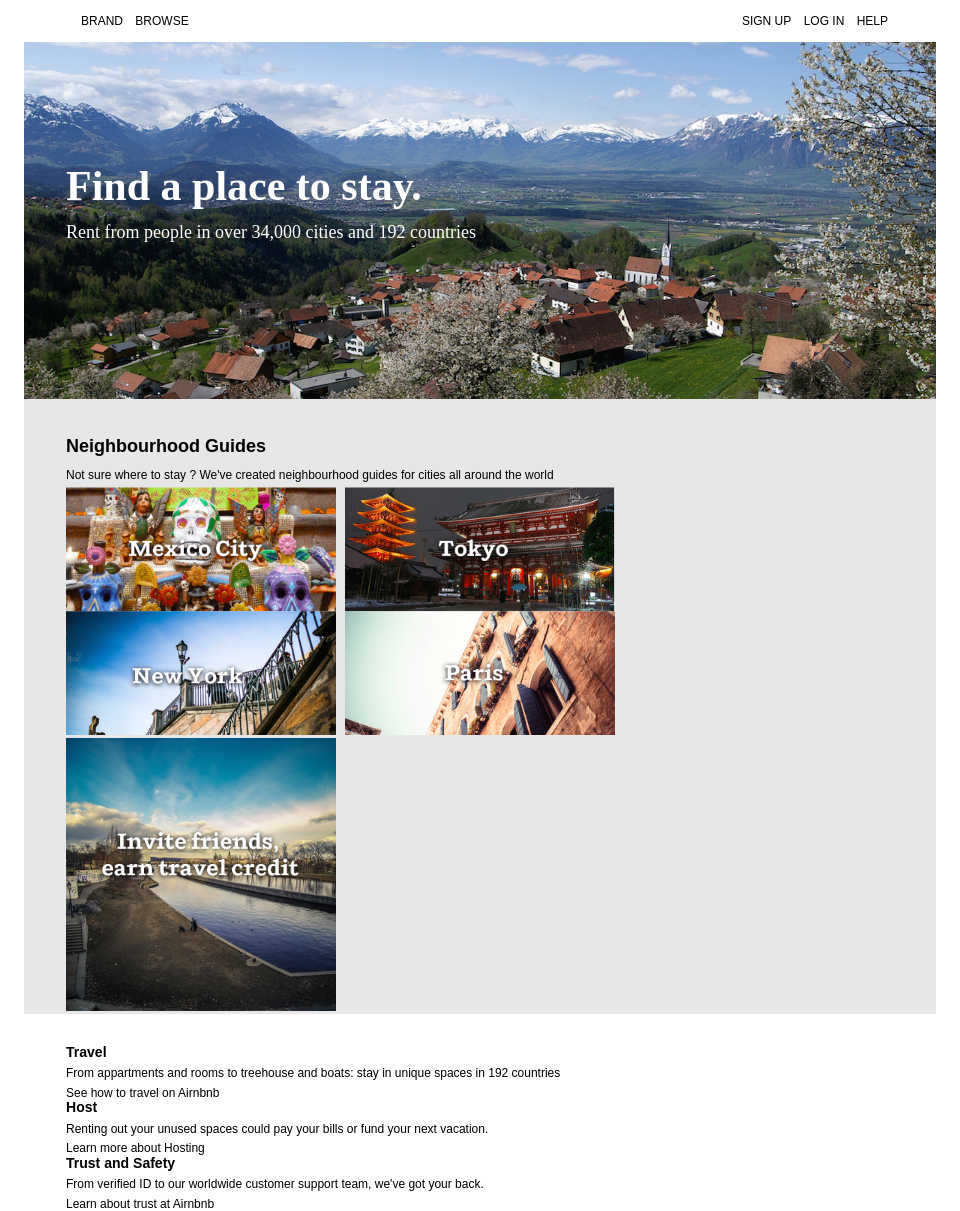
Repository: Naohonproject/web101x02_asm1
Page: Project2.html
An editor plug-in stored every save of this project. The page is shown before and after the next save, followed by the edit.
The browser window is 1280 px wide. The pictures show the whole page, at 75% of full size.

Above is the page before, as saved 2022-01-15 19:58:14.

### Project2.html
<!-- @format -->

<!DOCTYPE html>
<html lang="en">
	<head>
		<meta charset="UTF-8" />
		<meta http-equiv="X-UA-Compatible" content="IE=edge" />
		<meta name="viewport" content="width=device-width, initial-scale=1.0" />
		<link rel="stylesheet" href="./assets/css/style.css" />
		<link rel="stylesheet" href="./assets/css/responsive.css" />
		<title>Homepage</title>
	</head>
	<body>
		<div id="header">
			<div class="header-wrapper">
				<div class="nav-bar">
					<ul class="left-nav pull-left">
						<li>Brand</li>
						<li>Browse</li>
					</ul>
					<ul class="right-nav pull-right">
						<li><a href="Signup.html">Sign Up</a></li>
						<li><a href="login.html" target="_blank">Log In</a></li>
						<li>Help</li>
					</ul>
				</div>
			</div>
		</div>

		<div id="banner">
			<div class="banner-wrapper">
				<div class="banner-text-content">
					<div class="content-heading">
						<h1 class="white-text">Find a place to stay.</h1>
					</div>
					<div class="content-desc">
						<p class="white-text">
							Rent from people in over 34,000 cities and 192 countries
						</p>
					</div>
				</div>
			</div>
		</div>

		<div id="content">
			<div class="content-wrapper box-padding">
				<div class="content-heading">
					<h2>Neighbourhood Guides</h2>
					<p>
						Not sure where to stay ? We've created neighbourhood guides for
						cities all around the world
					</p>
				</div>
				<div class="content-images-table">
					<div class="col-third">
						<img
							src="./assets/img/web101x-Mexico City.png"
							alt="Mexico City"
							width="360"
						/>
						<img
							src="./assets/img/web101x-New York.png"
							alt="New York City"
							width="360"
						/>
					</div>
					<div class="col-third">
						<img
							src="./assets/img/web101x-Tokyo.png"
							alt="Tokyo City"
							width="360"
						/>
						<img
							src="./assets/img/web101x-Paris.png"
							alt="Paris City"
							width="360"
						/>
					</div>
					<div class="col-third">
						<img
							src="./assets/img/web101x-Invitation.png"
							alt="Invitation image"
							width="360"
						/>
					</div>
				</div>
			</div>
		</div>

		<div id="footer">
			<div class="footer-wrapper box-padding">
				<div class="footer-block">
					<h3>Travel</h3>
					<p>
						From appartments and rooms to treehouse and boats: stay in unique
						spaces in 192 countries
					</p>
					<a href="#">See how to travel on Airnbnb</a>
				</div>

				<div class="footer-blockr">
					<h3>Host</h3>
					<p>
						Renting out your unused spaces could pay your bills or fund your
						next vacation.
					</p>
					<a href="#">Learn more about Hosting</a>
				</div>

				<div class="footer-block">
					<h3>Trust and Safety</h3>
					<p>
						From verified ID to our worldwide customer support team, we've got
						your back.
					</p>
					<a href="#">Learn about trust at Airnbnb</a>
				</div>
			</div>
		</div>
	</body>
</html>

### assets/css/style.css
/** @format */

/* common */

/* reset css */
* {
	box-sizing: border-box;
	padding: 0;
	margin: 0;
	text-decoration: none;
	color: #000;
}

/* row style */
.row {
}
/* collumn style */
.col {
}

.col-haft {
}

.col-third {
	width: 33.3333%;
	display: inline-block;
}

.align-center {
}
/* Set text lineweight to Bold */
.bold-text {
}
.white-text {
	color: #fff !important;
}
.btn-hover {
}

.pull-left {
	float: left !important;
}

.pull-right {
	float: right !important;
}

.box-padding {
	padding-left: 56px;
	padding-right: 56px;
	padding-top: 40px;
}
/* specific */

html {
	font-family: Arial, Helvetica, sans-serif;
}

body {
	padding: 0 32px;
}

/* start styling header */
#header {
	height: 56px;
	width: 100%;
	background-color: #fff;
	background-clip: border-box;
	color: #000;
	font-size: 16px;
	text-transform: uppercase;
	font-weight: 500;
	position: fixed;
	top: 0;
	left: 0;
	z-index: 1;
	padding: 0 32px;
}

.header-wrapper {
	height: 100%;
	padding: 0 64px;
}

#header li {
	line-height: 56px;
}

#header li {
	display: inline-block;
	margin-left: 12px;
}
/* end styling header */

/* start styling banner */
#banner {
	width: 100%;
	margin-top: 56px;
	padding-top: 39.123607%;
	background: url(../img/banner/banner.png) top center / cover no-repeat;
	background-origin: border-box;
	position: relative;
	top: 0;
	left: 0;
}

.banner-text-content {
	position: absolute;
	top: 160px;
	left: 56px;
}

#banner .content-heading,
.content-desc {
	margin-bottom: 8px;
	font-family: "Times New Roman", Times, serif;
}

#banner .content-heading {
	font-size: 28px;
}

#banner .content-desc {
	font-size: 24px;
}
/* end styling banner */

/* start styling content */
#content {
	background-color: #e7e7e7;
	width: 100%;
	background-clip: border-box;
}

#content .content-heading h2,
p {
	padding: 8px 0;
}

#content img {
	display: block;1
}
/* end styling content */

Loaded but not shown: assets/css/responsive.css (no stored copy; drawn as an empty file)

After the next save:
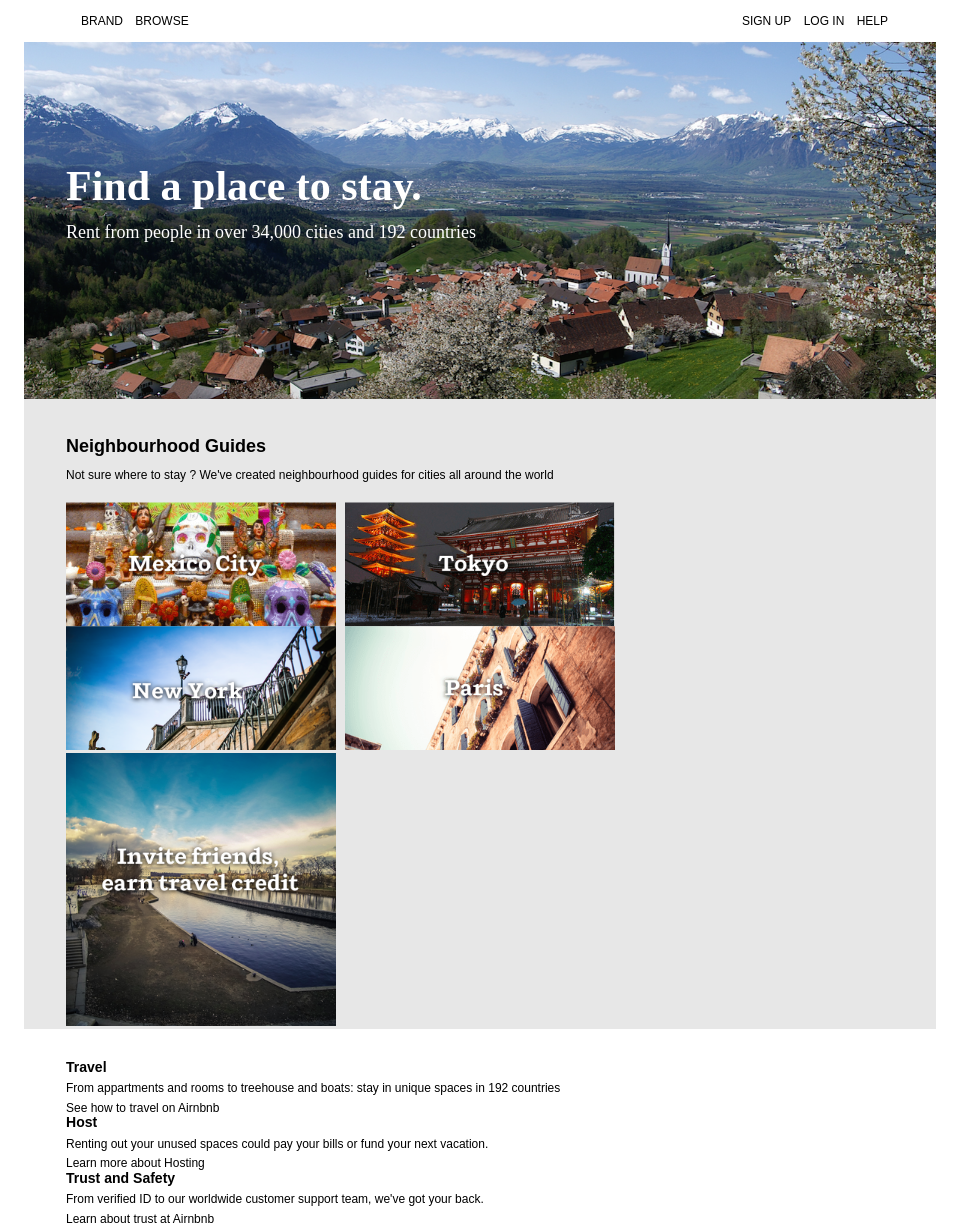
Saved 89 min 29 s later.
--- a/assets/css/style.css
+++ b/assets/css/style.css
@@ -137,7 +137,10 @@ p {
 	padding: 8px 0;
 }
 
+#content .content-heading {
+	margin-bottom: 20px;
+}
 #content img {
-	display: block;1
+	display: block;
 }
 /* end styling content */
